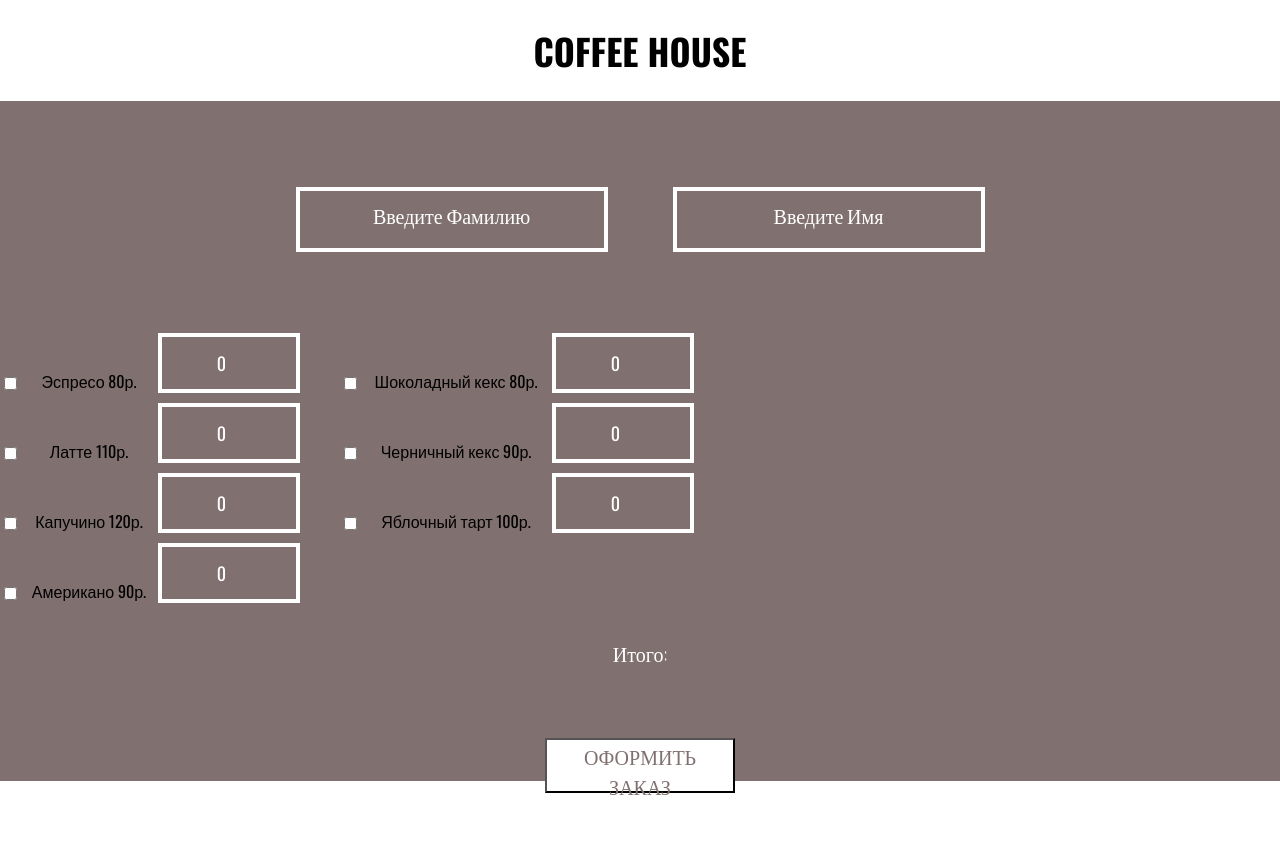
Repository: Valera1994/WebTestProject
Page: New2/index.html
The author's editor kept a copy of each file at every save. The page is drawn from the files as they stood at one save, then again after the next save.
The browser window is 1280 px wide. The pictures show the whole page.

Above is the page before, as saved 2025-07-20 22:47:47.

After the next save:
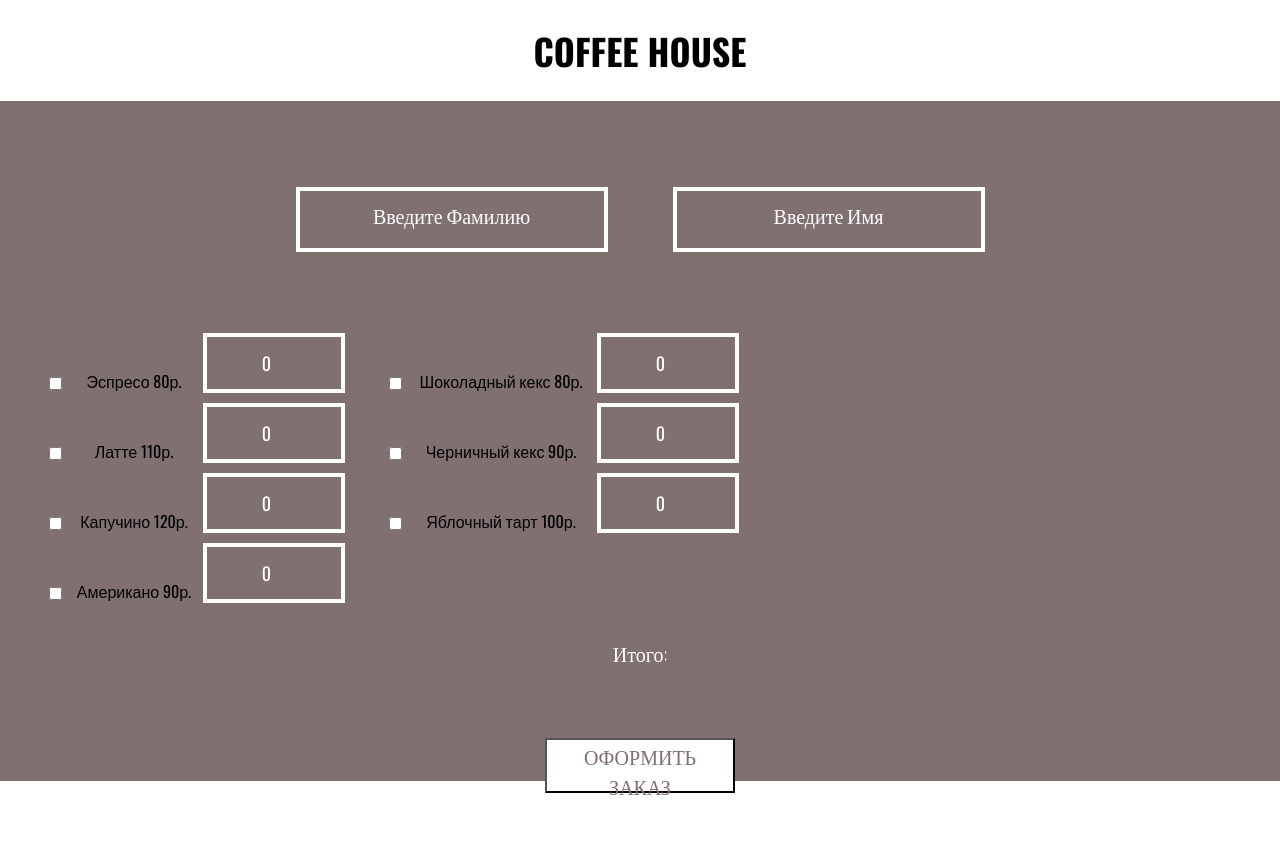
Saved 30 s later.
--- a/New2/style.css
+++ b/New2/style.css
@@ -56,15 +56,14 @@ body{
 }
 
 .container{
-    display: flex;
-    justify-content: center;
-    padding-bottom: 17px;
+
     height: 271px;
     width: 100%;
 }
 
 .menu-columns {
     display: flex;
+    justify-content: center;
     width: 784px;
     gap: 40px;
 }
